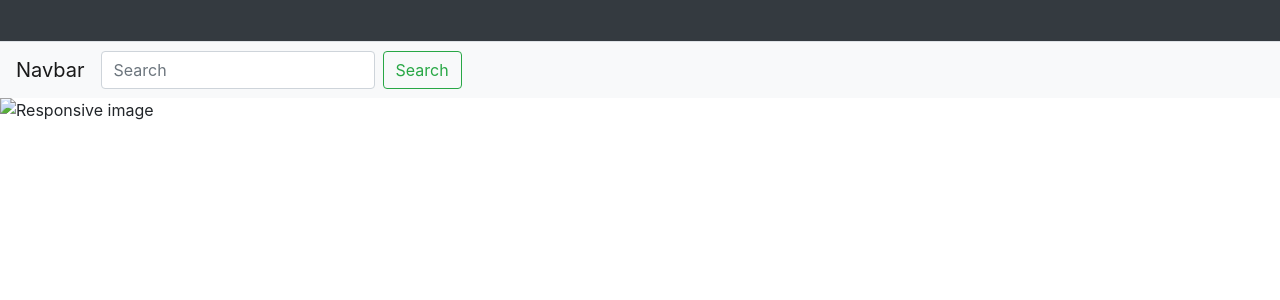
Repository: Alaa-OmarAlshobaki/portfolio
Page: index.html
An editor plug-in stored every save of this project. The page is shown before and after the next save, followed by the edit.
The browser window is 1280 px wide. The pictures show the whole page.
Some web fonts or font styles are not loaded; a fallback is used.

Above is the page before, as saved 2020-03-11 22:54:10.

After the next save:
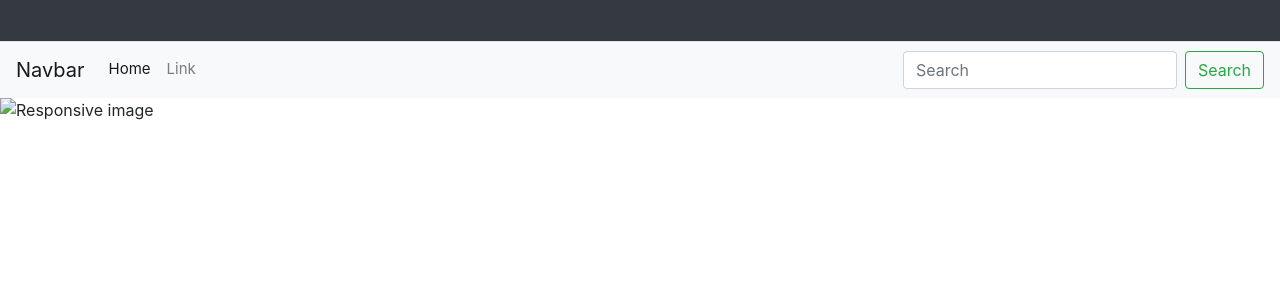
Saved 14 s later.
--- a/index.html
+++ b/index.html
@@ -58,7 +58,15 @@
       </button>
 
       <div class="collapse navbar-collapse" id="navbarTogglerDemo02">
+        <ul class="navbar-nav mr-auto mt-2 mt-lg-0">
+          <li class="nav-item active">
+            <a class="nav-link" href="#">Home <span class="sr-only">(current)</span></a>
+          </li>
+          <li class="nav-item">
+            <a class="nav-link" href="#">Link</a>
+          </li>
 
+        </ul>
         <form class="form-inline my-2 my-lg-0">
           <input class="form-control mr-sm-2" type="search" placeholder="Search">
           <button class="btn btn-outline-success my-2 my-sm-0" type="submit">Search</button>
